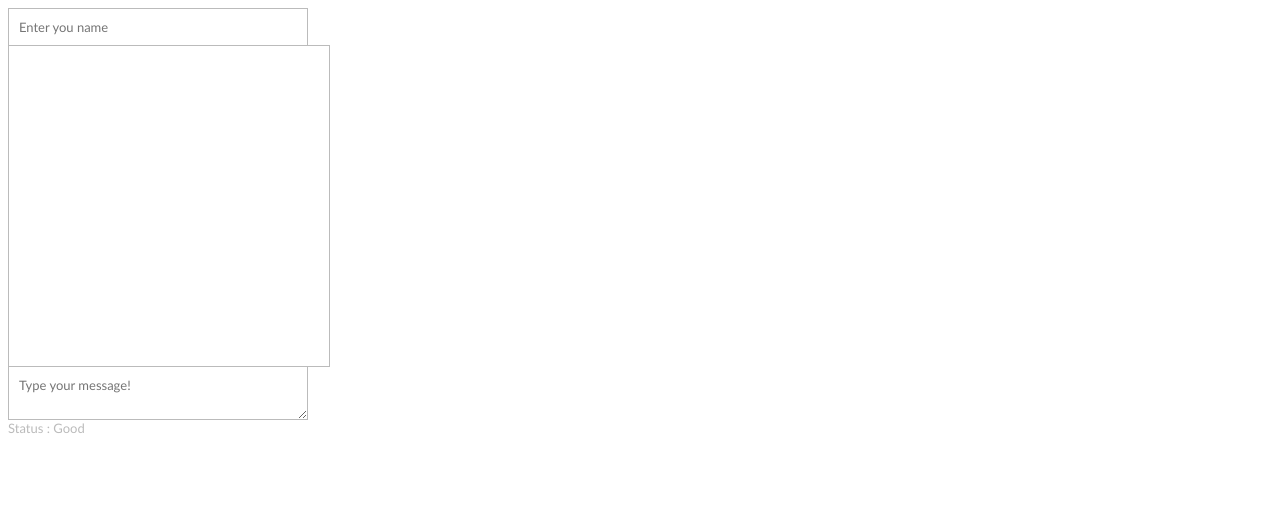
Repository: mahmoudozil/nodejsRealTimeChatApp
Page: index.html
An editor plug-in stored every save of this project. The page is shown before and after the next save, followed by the edit.
The browser window is 1280 px wide. The pictures show the whole page.

Above is the page before, as saved 2018-08-10 15:50:59.

### index.html
<html>
    <head>
        <title>my Real Time Chat App</title>
        <link rel="stylesheet" href="css/mycss.css"></link>
    </head>
    <body>
        <div class="chat">
            <input type="text" class="chat-name" placeholder="Enter you name">
            <div class="chat-messages"></div>
            <textarea placeholder="Type your message!"></textarea>
            <div class="chat-status">Status : <span>Good</span></div>
        </div>
    </body>
</html>

### css/mycss.css
body,
textarea,
input {
    font: 13px "Trebuchet MS", sans-serif;
}

.chat {
    max-width: 300px;
}

.chat-messages,
.chat textarea,
.chat-name {
    border: 1px solid #bbb
}

.chat-message {
    margin-bottom: 20px
}

.chat-messages {
    width: 100%;
    height: 300px;
    overflow-y: scroll;
    padding: 10px;
}

.chat-name {
    width: 100%;
    padding: 10px;
    border-bottom: 0;
    margin: 0;
}

.chat textarea {
    width: 100%;
    padding: 10px;
    margin: 0;
    border-top: 0;
    max-width: 100%;
}

.chat textarea,
.chat-name {
    outline: none
}

.chat-status {
    color: #bbb;
}

After the next save:
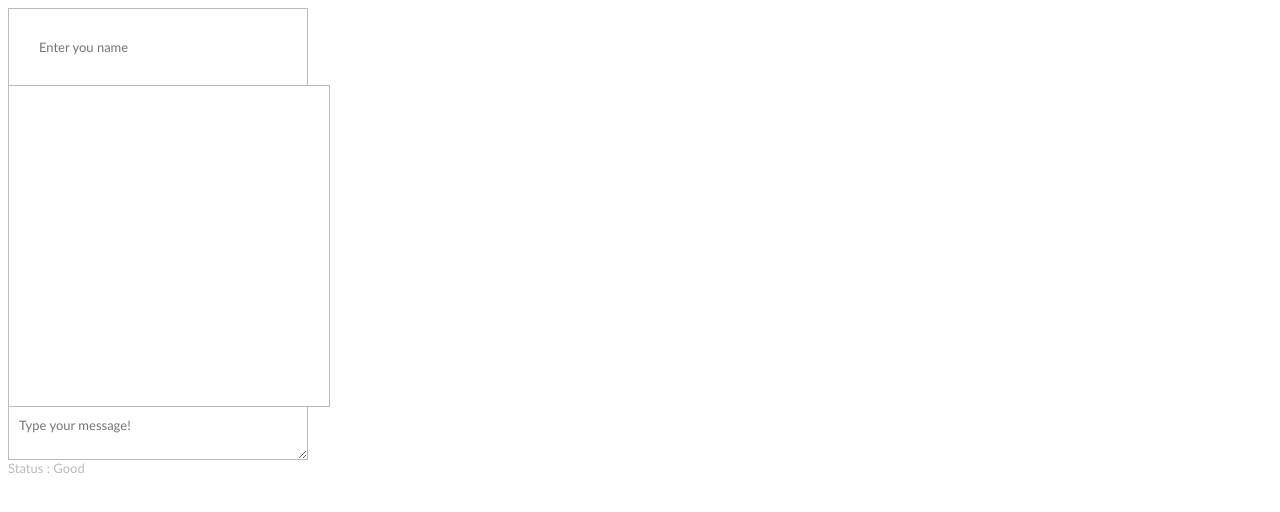
Saved 10 s later.
--- a/css/mycss.css
+++ b/css/mycss.css
@@ -27,7 +27,7 @@
 
 .chat-name {
     width: 100%;
-    padding: 10px;
+    padding: 30px;
     border-bottom: 0;
     margin: 0;
 }

After the 2 saves that followed:
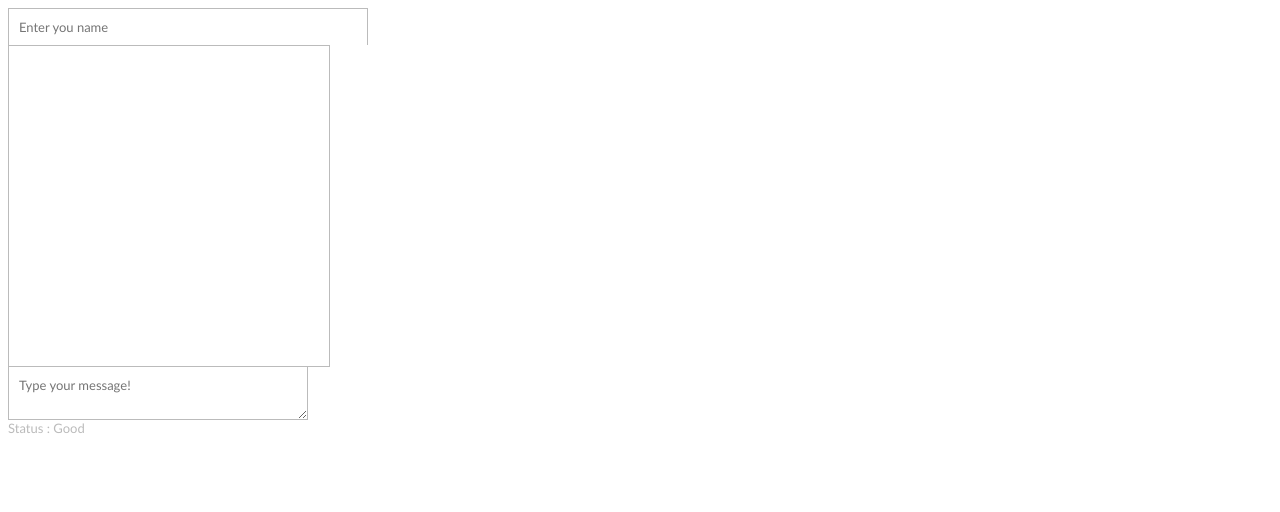
The 2 saves are shown as one change because they came seconds apart.
The last was saved 11 s later.
--- a/css/mycss.css
+++ b/css/mycss.css
@@ -26,8 +26,8 @@
 }
 
 .chat-name {
-    width: 100%;
-    padding: 30px;
+    width: 120%;
+    padding: 10px;
     border-bottom: 0;
     margin: 0;
 }
